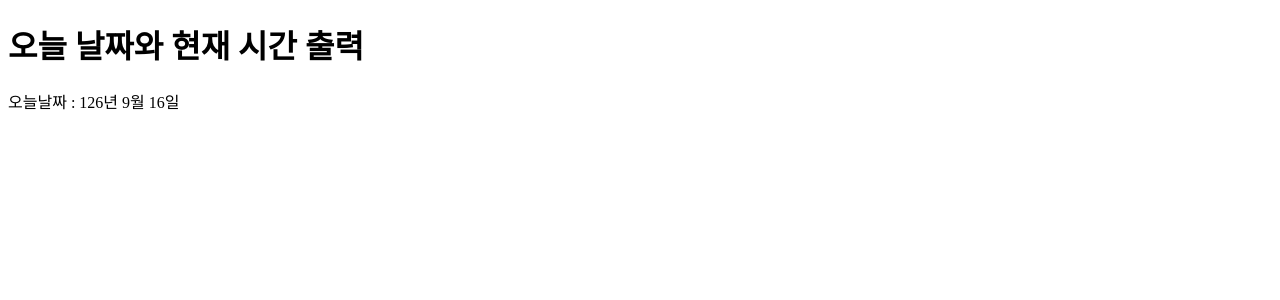
Repository: kkw3202/Jsp2026
Page: http://localhost/chapter01/test03.jsp
These files come from the project's save history. The page is drawn as it stood at one moment and after the next save; the edit follows.
The browser window is 1280 px wide. The pictures show the whole page.
The page is served by Tomcat 9.

Above is the page before, as saved 2026-10-16 02:44:55.

### chapter01/src/main/webapp/test03.jsp
<%@ page language="java" contentType="text/html; charset=UTF-8"
    pageEncoding="UTF-8" import="java.util.*"%>
<!DOCTYPE html>
<html>
<head>
<meta charset="UTF-8">
<title>Insert title here</title>
</head>
<body>
	<h1>오늘 날짜와 현재 시간 출력</h1>
	<%
		Date today = new Date();
		int year = today.getYear();
		int month = today.getMonth();
		int day = today.getDate();

	%>
	오늘날짜 : <%= year %>년 <%= month %>월 <%= day %>일

</body>
</html>

After the next save:
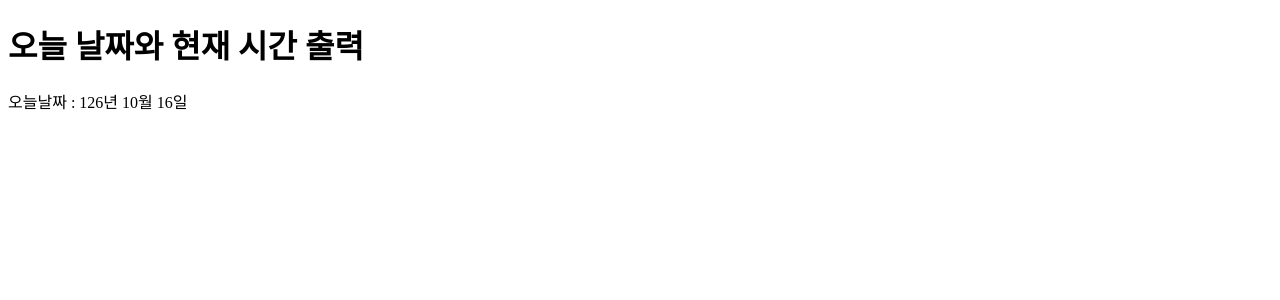
Saved 9 s later.
--- a/chapter01/src/main/webapp/test03.jsp
+++ b/chapter01/src/main/webapp/test03.jsp
@@ -15,7 +15,7 @@
 		int day = today.getDate();
 
 	%>
-	오늘날짜 : <%= year %>년 <%= month %>월 <%= day %>일
+	오늘날짜 : <%= year %>년 <%= month+1 %>월 <%= day %>일
 
 </body>
 </html>
